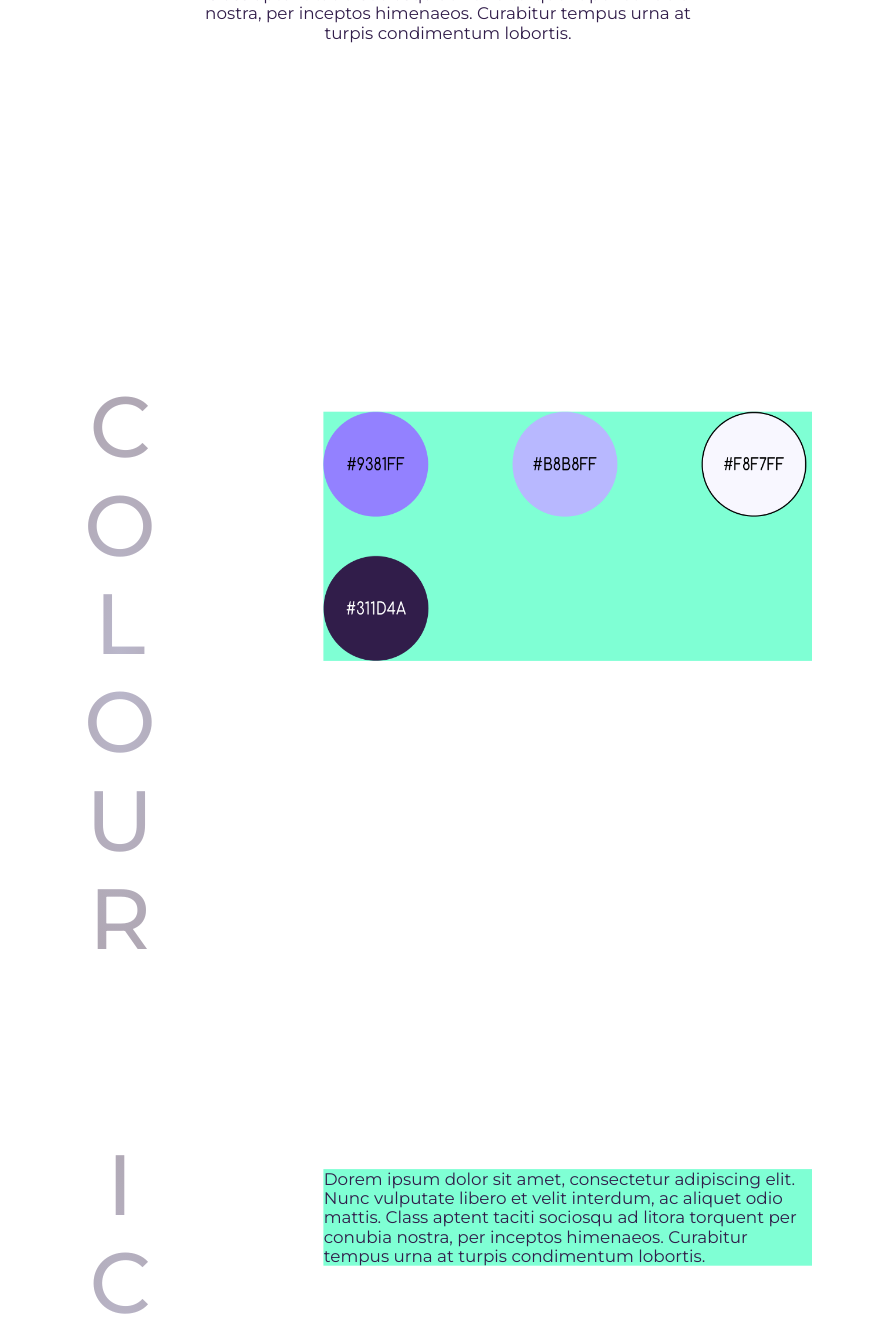
Repository: sierralaurent/Styleguide-Big_Project
Page: visuals.html
An editor plug-in stored every save of this project. The page is shown before and after the next save, followed by the edit.
The browser window is 1280 px wide. The pictures show the part of the page from y = 523 to 2443 px (the page is 3164 px tall), at 70% of full size.
Some web fonts or font styles are not loaded; a fallback is used.

Above is the page before, as saved 2023-03-10 17:35:08.

### visuals.html
<!DOCTYPE html>
<html lang="en">
  <head>
    <title>New Habits Web-App | Visuals </title>
    <meta property="og:title" content="Welcome to the New Habits Web-App Home Page" />
    <meta name="viewport" content="width=device-width, initial-scale=1.0" />
    <meta charset="utf-8" />
    <link rel="icon" type="image/x-icon" href="/assets/favicon.ico">

    <link
      rel="stylesheet"
      href="https://fonts.googleapis.com/css2?family=Montserrat:ital,wght@0,100;0,200;0,300;0,400;0,500;0,600;0,700;0,800;0,900;1,100;1,200;1,300;1,400;1,500;1,600;1,700;1,800;1,900&amp;display=swap"
      data-tag="font"
    />
    <link rel="stylesheet" href="./style.css" />
    <link href="./visuals.css" rel="stylesheet" />
    <link href="./navstyle.css" rel="stylesheet" />

  </head>
  <header>
    <div class="logo">
      <a href="index.html">
        <img src="assets/logo.png" alt="logo" />
      </a>
    </div>
    <div class="navigation">
      <button class="hamburger" onclick="show()">
        <img src="assets/burger.png" />
      </button>
      <nav>
        <h1 class="menutitle">Menu</h1>
        <ul>
          <li><a href="home.html">Home</a></li>
          <li><a>Logo</a></li>
          <li><a>Colours & Typo</a></li>
          <li><a href="visuals.html">Visuals</a></li>
        </ul>
      </nav>
    </div>
    <script src="nav.js"></script>
  </header>
  <body>
    <div>
      <div class="home-container">
        <div class="home-container1">
          <div class="home-container2">
            <h1 class="home-text01 Title">Visuals</h1>
            <p class="home-text02 body">
              Dorem ipsum dolor sit amet, consectetur adipiscing elit. Nunc
              vulputate libero et velit interdum, ac aliquet odio mattis. Class
              aptent taciti sociosqu ad litora torquent per conubia nostra, per
              inceptos himenaeos. Curabitur tempus urna at turpis condimentum
              lobortis.
            </p>
          </div>
        </div>
        <div class="home-container3">
          <p class="home-text03 sidetitle">
            <span>C</span>
            <br />
            <span>O</span>
            <br />
            <span>L</span>
            <br />
            <span>O</span>
            <br />
            <span>U</span>
            <br />
            <span>R</span>
            <br />
          </p>
          <div class="home-text17 body">
            <div>
              <img src="assets/colours/Main Purple.png" alt="mainpurple" width="150px" height="150px">
              <br />
              <br />
              <img src="assets/colours/Dark Purple.png" alt="darkpurple" width="150px" height="150px">
            </div>
            <div>
              <img src="assets/colours/Light Purple.png" alt="lightpurple" width="150px" height="150px">
            </div>
            <div>
              <img src="assets/colours/Creme.png" alt="Creme" width="150px" height="150px">
            </div>
          </div>
        </div>
        <div class="home-container3">
            <p class="home-text03 sidetitle">
              <span>I</span>
              <br />
              <span>C</span>
              <br />
              <span>O</span>
              <br />
              <span>N</span>
              <br />
              <span>S</span>
              <br />
            </p>
            <p class="home-text17 body">
              Dorem ipsum dolor sit amet, consectetur adipiscing elit. Nunc
              vulputate libero et velit interdum, ac aliquet odio mattis. Class
              aptent taciti sociosqu ad litora torquent per conubia nostra, per
              inceptos himenaeos. Curabitur tempus urna at turpis condimentum
              lobortis.
            </p>
          </div>
        <footer class="home-footer">
          <p class="home-text24">
            © 2023 New Habits, All Rights Reserved.
          </p>
        </footer>
      </div>
    </div>
  </body>
</html>

### style.css
:root {
  --dl-black: #212121ff;
  --dl-creme: #f9f9ffff;
  --dl-white: #f8f9f9ff;
  --dark-purple: #311D4A;

}

.body {
  font-size: 24px;
  font-family: Montserrat;
  font-weight: 400;
  line-height: 1.15;
  text-transform: none;
  text-decoration: none;
}
.sidetitle {
  font-size: 122px;
  font-family: Montserrat;
  font-weight: 500;
  line-height: 1.15;
  text-transform: none;
  text-decoration: none;
}
.Title {
  font-size: 96px;
  font-family: Montserrat;
  font-weight: 500;
  line-height: 1.15;
  text-transform: none;
  text-decoration: none;
}

html {
  line-height: 1.15;
}
body {
  margin: 0;
}
* {
  box-sizing: border-box;
  border-width: 0;
  border-style: solid;
}
p,
li,
ul,
pre,
div,
h1,
h2,
figure,
blockquote,
figcaption {
  margin: 0;
  padding: 0;
}

a {
  color: inherit;
  text-decoration: inherit;
}
input {
  padding: 2px 4px;
}
img {
  display: block;
}
html {
  scroll-behavior: smooth;
}

### visuals.css
/* Define the scrollbar style */
::-webkit-scrollbar {
    width: 10px;
  }

  ::-webkit-scrollbar-thumb {
    background-image: linear-gradient(180deg, var(--light-purple) 0%, var(--main-purple) 99%);
    box-shadow: inset 2px 2px 5px 0 var(--creme);
    border-radius: 100px;
  }

  html {
    font-family: Montserrat;
    font-size: 24px;
    scroll-behavior: smooth;
  }

  body {
    font-weight: 400;
    font-style: normal;
    text-decoration: none;
    text-transform: none;
    letter-spacing: normal;
    line-height: 1.15;
    color: var(--black);
    background-color: var(--creme);
  }

  .home-container {
    width: 100%;
    display: flex;
    overflow: auto;
    min-height: 100vh;
    align-items: center;
    flex-direction: column;
  }
  .home-container1 {
    flex: 0 0 auto;
    width: auto;
    height: auto;
    display: flex;
    align-items: flex-start;
    justify-content: center;
  }
  .home-container2 {
    flex: 0 0 auto;
    width: auto;
    display: flex;
    align-self: center;
    margin-top: 5rem;
    align-items: center;
    margin-bottom: 15rem;
    flex-direction: column;
    justify-content: center;
  }
  .home-text {
    font-size: 36px;
    text-align: center;
    font-family: Montserrat;
    background: linear-gradient(0deg, rgba(0, 0, 0, 0.2), rgba(0, 0, 0, 0.2)),
      radial-gradient(
        50% 50% at 50% 50%,
        rgba(147, 129, 255, 0.2) 0%,
        rgba(79, 26, 98, 0.2) 94.12%
      );
    -webkit-background-clip: text;
    -webkit-text-fill-color: transparent;
    background-clip: text;
    text-fill-color: transparent;
  }
  .home-text01 {
    margin-top: 1rem;
    text-align: center;
    margin-bottom: 1rem;
    background: linear-gradient(0deg, rgba(0, 0, 0, 0.2), rgba(0, 0, 0, 0.2)),
      radial-gradient(
        50% 50% at 50% 50%,
        rgba(147, 129, 255, 0.2) 0%,
        rgba(79, 26, 98, 0.2) 94.12%
      );
    -webkit-background-clip: text;
    -webkit-text-fill-color: transparent;
    background-clip: text;
    text-fill-color: transparent;
  }
  .home-text02 {
    width: 31rem;
    text-align: center;
    color: var(--dark-purple);
  }
  .home-container3 {
    flex: 0 0 auto;
    width: 100%;
    height: auto;
    display: flex;
    align-items: flex-start;
    justify-content: center;
  }
  .home-text03 {
    width: 25rem;
    text-align: center;
    background: linear-gradient(0deg, rgba(0, 0, 0, 0.2), rgba(0, 0, 0, 0.2)),
      radial-gradient(
        50% 50% at 50% 50%,
        rgba(147, 129, 255, 0.2) 0%,
        rgba(79, 26, 98, 0.2) 94.12%
      );
    -webkit-background-clip: text;
    -webkit-text-fill-color: transparent;
    background-clip: text;
    text-fill-color: transparent;
  }
  .home-text17 {
    width: auto;
    margin-top: 5rem;
    text-align: left;
    margin-left: 5rem;
    margin-right: 5rem;
    margin-bottom: 5rem;
    display: flex;
    flex-direction: row;
    gap: 5rem;
    row-gap: 5rem;
    color: var(--dark-purple);
    background-color: aquamarine;
  }
  .home-container4 {
    flex: 0 0 auto;
    width: auto;
    height: auto;
    display: flex;
    align-items: flex-start;
    justify-content: center;
  }
  .colours{
    background: lightblue;
    border-radius: 50%;
    width: 100px;
    height: 100px;
  }
  .home-container5 {
    flex: 0 0 auto;
    display: flex;
    align-items: flex-start;
    flex-direction: column;
  }
  .home-text18 {
    width: auto;
    margin-top: 15rem;
    text-align: center;
    margin-bottom: 5rem;
    background: linear-gradient(0deg, rgba(0, 0, 0, 0.2), rgba(0, 0, 0, 0.2)),
      radial-gradient(
        50% 50% at 50% 50%,
        rgba(147, 129, 255, 0.2) 0%,
        rgba(79, 26, 98, 0.2) 94.12%
      );
    -webkit-background-clip: text;
    -webkit-text-fill-color: transparent;
    background-clip: text;
    text-fill-color: transparent;
  }
  .home-container6 {
    flex: 0 0 auto;
    width: auto;
    height: auto;
    display: flex;
    align-items: flex-start;
    margin-bottom: 15rem;
    justify-content: center;
  }
  .home-olivia {
    flex: 0 0 auto;
    display: flex;
    align-items: center;
    flex-direction: column;
  }
  .home-olivia-text {
    width: 25rem;
    font-size: 96px;
    text-align: center;
    font-family: Montserrat;
    font-weight: 500;
    line-height: 1.15;
    margin-bottom: 2rem;
    text-transform: none;
    text-decoration: none;
    background: linear-gradient(0deg, rgba(0, 0, 0, 0.2), rgba(0, 0, 0, 0.2)),
      radial-gradient(
        50% 50% at 50% 50%,
        rgba(147, 129, 255, 0.2) 0%,
        rgba(79, 26, 98, 0.2) 94.12%
      );
    -webkit-background-clip: text;
    -webkit-text-fill-color: transparent;
    background-clip: text;
    text-fill-color: transparent;
  }
  .home-text19 {
    width: 15rem;
    align-self: center;
    text-align: center;
    color: var(--dark-purple);
  }
  .home-elijah {
    flex: 0 0 auto;
    display: flex;
    align-items: center;
    flex-direction: column;
  }
  .home-elijah-text {
    width: 25rem;
    font-size: 96px;
    text-align: center;
    font-family: Montserrat;
    font-weight: 500;
    line-height: 1.15;
    margin-bottom: 2rem;
    text-transform: none;
    text-decoration: none;
    background: linear-gradient(0deg, rgba(0, 0, 0, 0.2), rgba(0, 0, 0, 0.2)),
      radial-gradient(
        50% 50% at 50% 50%,
        rgba(147, 129, 255, 0.2) 0%,
        rgba(79, 26, 98, 0.2) 94.12%
      );
    -webkit-background-clip: text;
    -webkit-text-fill-color: transparent;
    background-clip: text;
    text-fill-color: transparent;
  }
  .home-text20 {
    width: 15rem;
    align-self: center;
    text-align: center;
    color: var(--dark-purple);
  }
  .home-sierra {
    flex: 0 0 auto;
    display: flex;
    align-items: center;
    flex-direction: column;
  }
  .home-sierra-text {
    width: 25rem;
    font-size: 96px;
    text-align: center;
    font-family: Montserrat;
    font-weight: 500;
    line-height: 1.15;
    margin-bottom: 2rem;
    text-transform: none;
    text-decoration: none;
    background: linear-gradient(0deg, rgba(0, 0, 0, 0.2), rgba(0, 0, 0, 0.2)),
      radial-gradient(
        50% 50% at 50% 50%,
        rgba(147, 129, 255, 0.2) 0%,
        rgba(79, 26, 98, 0.2) 94.12%
      );
    -webkit-background-clip: text;
    -webkit-text-fill-color: transparent;
    background-clip: text;
    text-fill-color: transparent;
  }
  .home-text21 {
    width: 15rem;
    align-self: center;
    text-align: center;
    color: var(--dark-purple);
  }
  .home-text23 {
    width: 15rem;
    align-self: center;
    text-align: center;
  }
  .home-footer {
    width: 100%;
    height: 197px;
    display: flex;
    max-width: auto;
    align-self: center;
    align-items: center;
    padding-top: 32px;
    padding-left: 48px;
    padding-right: 48px;
    padding-bottom: 32px;
    justify-content: center;
  }
  .home-text24 {
    text-align: center;
    color: var(--dark-purple);

  }
  @media (max-width: 1600px) {
    .home-container1 {
      width: 100%;
    }
    .home-container2 {
      align-items: center;
      justify-content: center;
    }
    .home-text01 {
      margin-top: 1rem;
      margin-bottom: 1rem;
    }
    .home-container3 {
      width: 100%;
    }
    .home-text03 {
      width: auto;
      margin: 3rem;
      padding: 2rem;
    }
    .home-text17 {
      width: 40rem;
      margin-top: 7rem;
      text-align: left;
      margin-right: 5rem;
    }
    .home-container4 {
      width: auto;
      justify-content: center;
    }
    .home-container5 {
      width: auto;
      height: auto;
      align-items: center;
      justify-content: center;
    }
    .home-text18 {
      width: auto;
      height: auto;
      margin-top: 5rem;
      text-align: center;
      margin-bottom: 5rem;
    }
    .home-container6 {
      width: 100%;
      margin-bottom: 15rem;
    }
    .home-olivia {
      width: 20rem;
      height: auto;
      align-items: center;
      justify-content: center;
    }
    .home-olivia-text {
      width: auto;
      font-size: 46px;
      font-family: Montserrat;
      font-weight: 500;
      line-height: 1.15;
      margin-bottom: 2rem;
      text-transform: none;
      text-decoration: none;
    }
    .home-text19 {
      width: 15rem;
      text-transform: none;
    }
    .home-elijah {
      width: 20rem;
      height: auto;
      align-items: center;
      justify-content: center;
    }
    .home-elijah-text {
      width: auto;
      font-size: 46px;
      font-family: Montserrat;
      font-weight: 500;
      line-height: 1.15;
      margin-bottom: 2rem;
      text-transform: none;
      text-decoration: none;
    }
    .home-text20 {
      width: 15rem;
      text-transform: none;
    }
    .home-sierra {
      width: 20rem;
      height: auto;
      align-items: center;
      justify-content: center;
    }
    .home-sierra-text {
      width: auto;
      font-size: 46px;
      font-family: Montserrat;
      font-weight: 500;
      line-height: 1.15;
      margin-bottom: 2rem;
      text-transform: none;
      text-decoration: none;
    }
    .home-text21 {
      margin-bottom: 2rem;
    }
    .home-text23 {
      width: 15rem;
      text-transform: none;
      color: var(--dark-purple);
    }
  }
  @media (max-width: 1200px) {
    .home-text01 {
      margin-top: 1rem;
      margin-bottom: 1rem;
    }
    .home-container6 {
      align-items: center;
    }
    .home-olivia {
      width: 15rem;
      margin-left: 1rem;
      margin-right: 1rem;
    }
    .home-olivia-text {
      width: auto;
    }
    .home-text19 {
      width: 12rem;
    }
    .home-elijah {
      width: 15rem;
      margin-left: 1rem;
      margin-right: 1rem;
    }
    .home-elijah-text {
      width: auto;
    }
    .home-text20 {
      width: 12rem;
    }
    .home-sierra {
      width: 15rem;
      margin-left: 1rem;
    }
    .home-sierra-text {
      width: auto;
    }
    .home-text23 {
      width: 12rem;
    }
  }
  @media (max-width: 991px) {
    .home-container2 {
      width: 100%;
      height: 307px;
    }
    .home-text01 {
      margin-top: 1rem;
      margin-bottom: 1rem;
    }
    .home-container6 {
      align-items: center;
      flex-direction: column;
    }
    .home-olivia {
      width: 20rem;
      margin-bottom: 3rem;
    }
    .home-olivia-text {
      width: auto;
    }
    .home-text19 {
      width: auto;
    }
    .home-elijah {
      width: 20rem;
      margin-bottom: 3rem;
    }
    .home-elijah-text {
      width: auto;
    }
    .home-text20 {
      width: auto;
    }
    .home-sierra {
      width: 20rem;
    }
    .home-sierra-text {
      width: auto;
    }
    .home-text23 {
      width: 100%;
    }
  }
  @media (max-width: 767px) {
    .home-text01 {
      margin-top: 1rem;
      margin-bottom: 1rem;
    }
    .home-footer {
      padding-left: 32px;
      padding-right: 32px;
    }
    .home-text24 {
      text-align: center;
      margin-left: 16px;
      margin-right: 16px;
    }
  }
  @media (max-width: 479px) {
    .home-text01 {
      margin-top: 1rem;
      margin-bottom: 1rem;
    }
    .home-text02 {
      width: 479px;
    }
    .home-text03 {
      margin-top: 0rem;
      margin-left: 3rem;
      margin-right: 0rem;
      margin-bottom: 0rem;
    }
    .home-footer {
      padding: 16px;
      flex-direction: column;
    }
    .home-text24 {
      margin-left: 0px;
      margin-right: 0px;
      margin-bottom: 16px;
    }
  }

### navstyle.css
@import url("https://fonts.cdnfonts.com/css/montserrat");

* {
  margin: 0;
  padding: 0;
  font-family: "Montserrat", sans-serif;
}

a,
button {
  cursor: pointer;
}

nav {
  position: absolute;
  top: 30px;
  right: 30px;
  width: 250px;
}

.navigation {
  position: fixed;
  top: 0;
  right: -500px;
  width: 312px;
  height: 100%;
  background-image: url("assets/background.png");
  background-size: cover;
  transition: 0.5s;
  border-radius: 27px 0 0 27px;
}

.logo {
    margin: 1.5rem;
}

.menutitle {
  font-family: "Montserrat", sans-serif;
  font-style: normal;
  font-weight: 400;
  font-size: 24px;
  display: flex;
  align-items: left;
  color: rgba(255, 255, 255, 0.32);
  margin: 1rem;
}

.navigation ul li {
  display: flex;
  color: rgba(255, 255, 255, 0.5);
  line-height: 20px;
  text-align: left;
  font-weight: 500;
  list-style-type: none;
  font-size: 14px;
  padding: 20px 30px;
  border-bottom: 0px 64px 64px -32px rgba(41, 15, 0, 0.56);
  transition: all 0.3s ease;
}

.navigation ul li:hover {
  padding: 16px 20px;
  background-image: url("assets/hover.png");
  background-size: cover;
  border-radius: 12px;
}

.hamburger,
.bar {
  position: fixed;
}

.hamburger {
  display: block;
  top: 5%;
  left: 95%;
  width: 30px;
  height: 30px;
  transform: translateY(-50%);
  border: 0;
  background: 0 0;
}

.hamburger.hidden {
  display: none; /* Hide the menu button */
}

.navigation.active {
  right: 0;
  z-index: 1;
}

### nav.js
const hamburger = document.querySelector('.hamburger');
const navigation = document.querySelector('.navigation');

document.addEventListener('click', function(event) {
  const isClickInside = navigation.contains(event.target) || hamburger.contains(event.target);
  if (!isClickInside) {
    navigation.classList.remove('active');
    hamburger.classList.remove('hidden');
  }
});

hamburger.addEventListener('click', function() {
  navigation.classList.add('active');
  hamburger.classList.add('hidden');
});

After the next save:
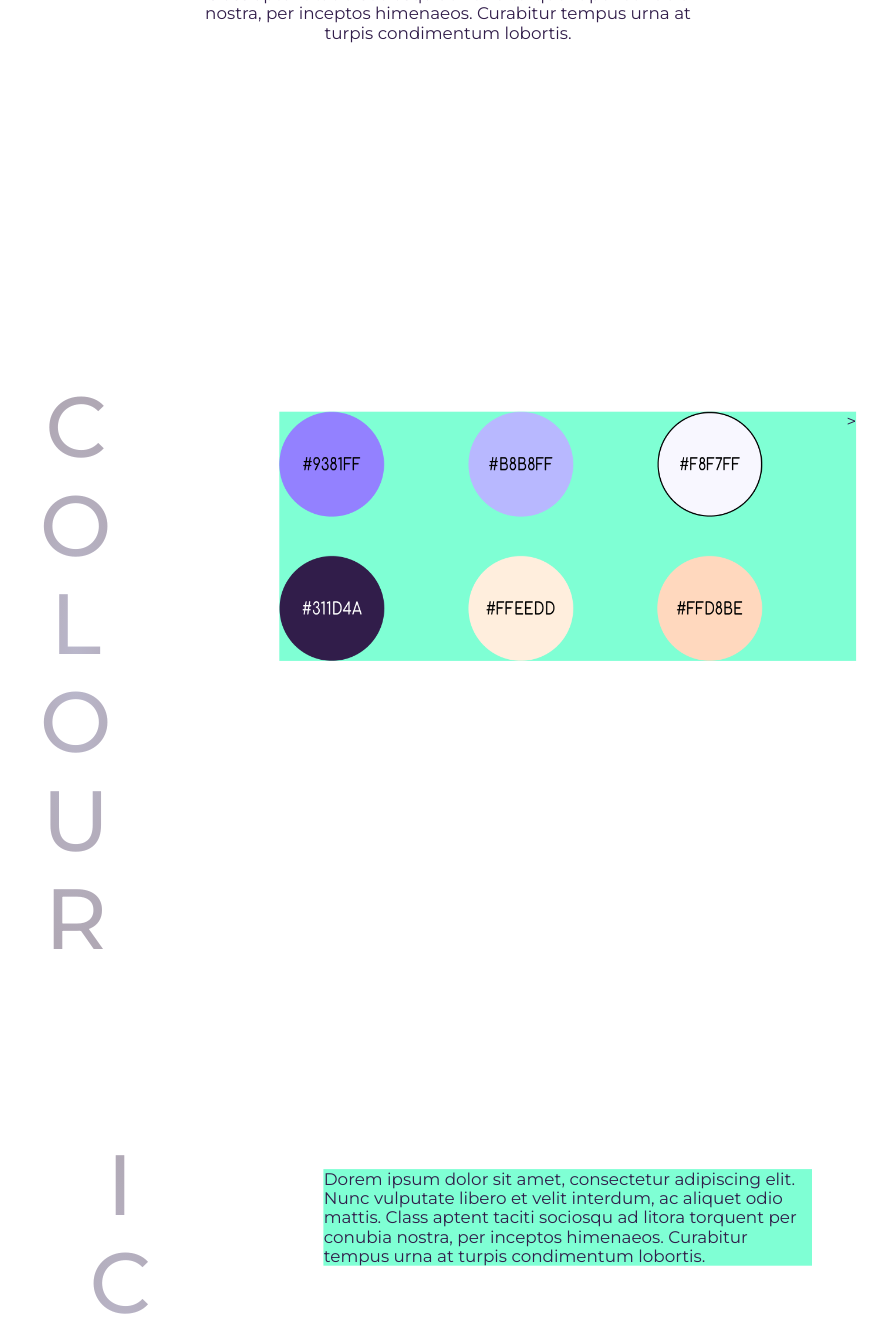
Saved 3 min 6 s later.
--- a/visuals.html
+++ b/visuals.html
@@ -78,9 +78,16 @@
             </div>
             <div>
               <img src="assets/colours/Light Purple.png" alt="lightpurple" width="150px" height="150px">
+              <br />
+              <br />
+              <img src="assets/colours/Light Peach.png" alt="lightpeach" width="150px" height="150px">
             </div>
             <div>
               <img src="assets/colours/Creme.png" alt="Creme" width="150px" height="150px">
+              <br />
+              <br />
+              <img src="assets/colours/Peach.png" alt="peach" width="150px" height="150px">
+            </div>>
             </div>
           </div>
         </div>
